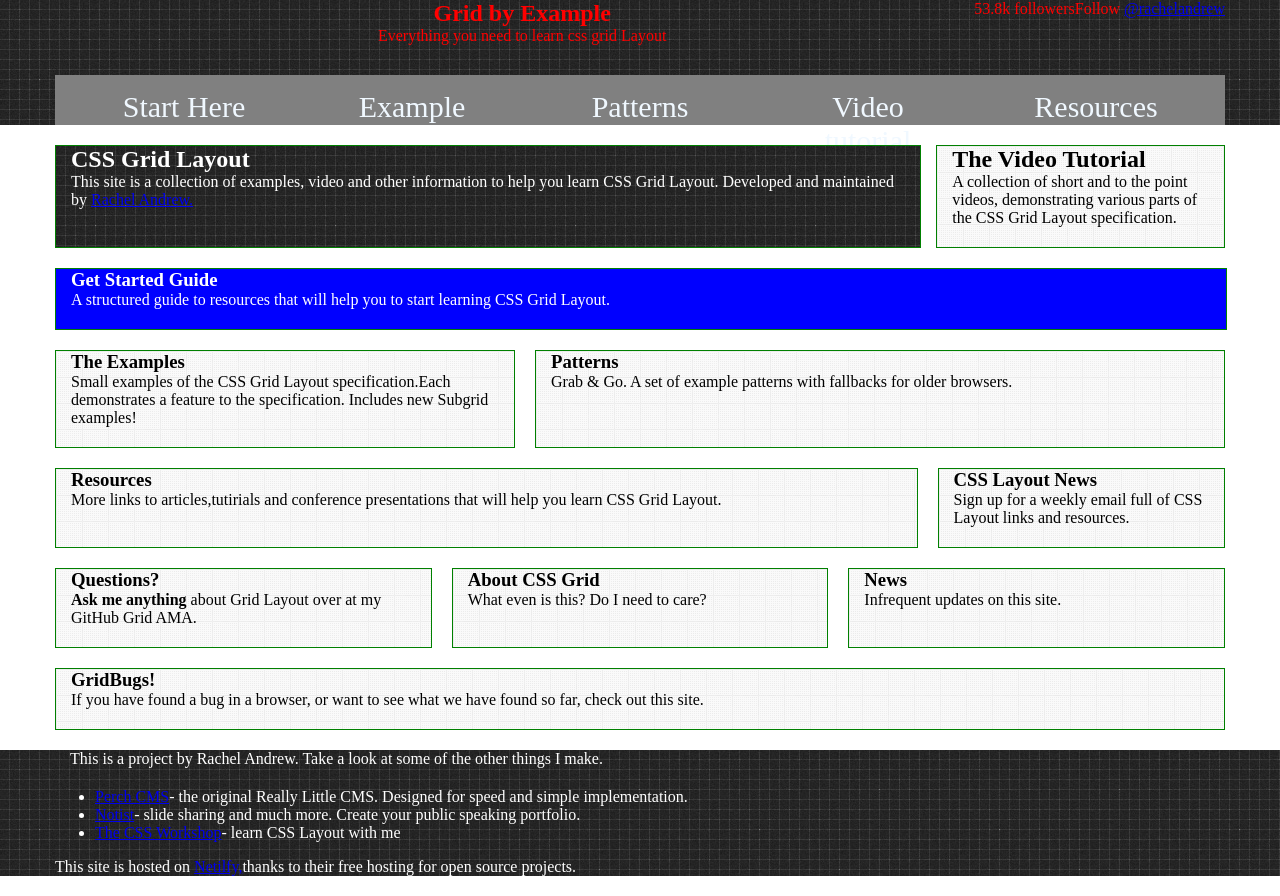
Repository: sitikhusushan/grid
Page: index.html
An editor plug-in stored every save of this project. The page is shown before and after the next save, followed by the edit.
The browser window is 1280 px wide. The pictures show the whole page.

Above is the page before, as saved 2020-05-13 18:16:09.

After the next save:
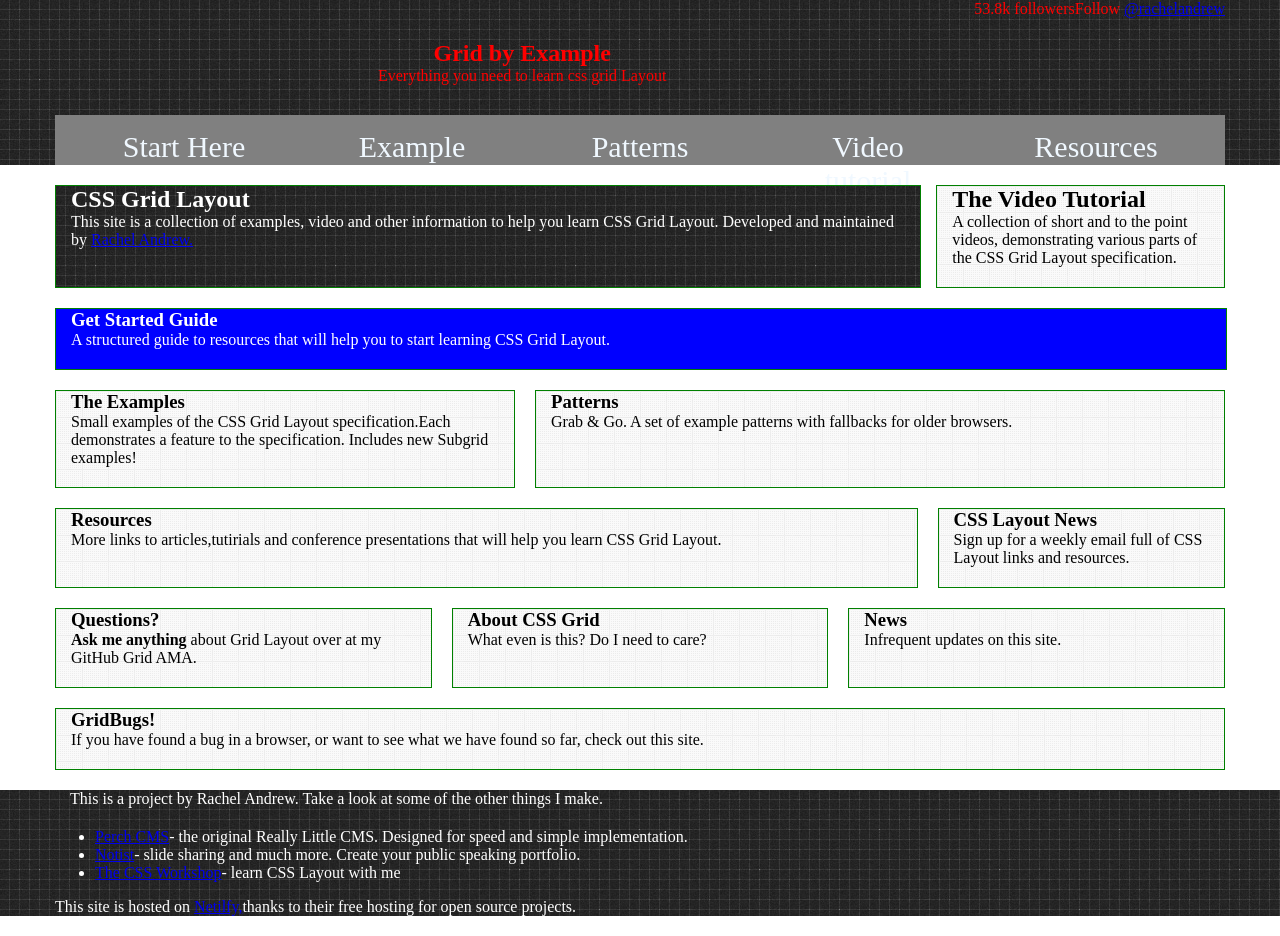
Saved 3 min 20 s later.
--- a/style.css
+++ b/style.css
@@ -50,6 +50,9 @@ img {
   color: red;
 }
 
+.balance h2 {
+  padding-top: 40px;
+}
 /* .header ul {} */
 
 /*
